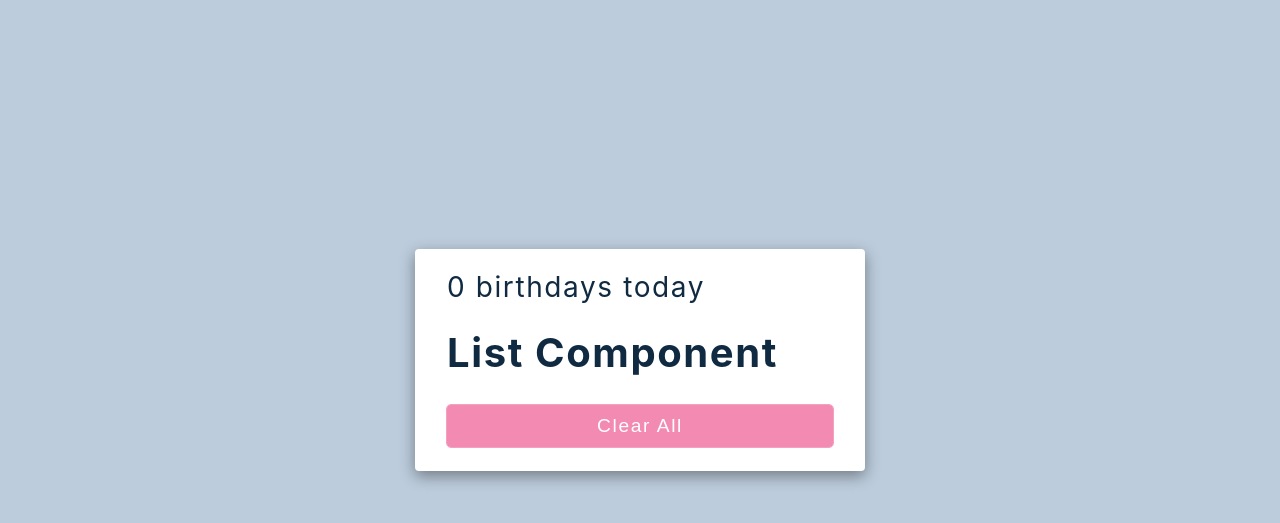
Repository: smit1298/Birthday-Reminder
Page: /
These files come from the project's save history. The page is drawn as it stood at one moment and after the next save; the edit follows.
The browser window is 1280 px wide. The pictures show the whole page.
The project was rebuilt for these pictures with package versions that can differ from the ones it lists, and the page was loaded fresh each time.

Above is the page before, as saved 2022-05-15 23:21:16.

### src/index.css
/*
===============
Variables
===============
*/

:root {
  /* dark shades of primary color*/
  --clr-primary-1: hsl(162, 61%, 89%);
  --clr-primary-2: hsl(162, 60%, 78%);
  --clr-primary-3: hsl(162, 61%, 67%);
  --clr-primary-4: hsl(162, 61%, 57%);
  /* primary/main color */
  --clr-primary-5: hsl(162, 73%, 46%);
  /* lighter shades of primary color */
  --clr-primary-6: #1aa179;
  --clr-primary-7: #13795b;
  --clr-primary-8: #0d503c;
  --clr-primary-9: #06281e;
  /* darkest grey - used for headings */
  --clr-grey-1: hsl(212, 33%, 89%);
  --clr-grey-2: hsl(210, 31%, 80%);
  --clr-grey-3: hsl(211, 27%, 70%);
  --clr-grey-4: hsl(209, 23%, 60%);
  /* grey used for paragraphs */
  --clr-grey-5: hsl(210, 22%, 49%);
  --clr-grey-6: hsl(209, 28%, 39%);
  --clr-grey-7: hsl(209, 34%, 30%);
  --clr-grey-8: hsl(211, 39%, 23%);
  --clr-grey-9: hsl(209, 61%, 16%);
  --clr-white: #fff;
  --clr-red-dark: hsl(360, 67%, 44%);
  --clr-red-light: hsl(360, 71%, 66%);
  --clr-green-dark: hsl(125, 67%, 44%);
  --clr-green-light: hsl(125, 71%, 66%);
  --clr-black: #222;
  --transition: all 0.3s linear;
  --spacing: 0.1rem;
  --radius: 0.25rem;
  --light-shadow: 0 5px 15px rgba(0, 0, 0, 0.1);
  --dark-shadow: 0 5px 15px rgba(0, 0, 0, 0.4);
  --max-width: 1170px;
  --fixed-width: 450px;
  --clr-pink: #f28ab2;
}
/*
===============
Global Styles
===============
*/

*,
::after,
::before {
  margin: 0;
  padding: 0;
  box-sizing: border-box;
}
body {
  font-family: -apple-system, BlinkMacSystemFont, 'Segoe UI', Roboto, Oxygen,
    Ubuntu, Cantarell, 'Open Sans', 'Helvetica Neue', sans-serif;
  background: var(--clr-grey-2);
  color: var(--clr-grey-9);
  line-height: 1.5;
  font-size: 0.875rem;
}
ul {
  list-style-type: none;
}
a {
  text-decoration: none;
}
h1,
h2,
h3,
h4 {
  letter-spacing: var(--spacing);
  text-transform: capitalize;
  line-height: 1.25;
  margin-bottom: 0.75rem;
}
h1 {
  font-size: 3rem;
}
h2 {
  font-size: 2rem;
}
h3 {
  font-size: 1.25rem;
}
h4 {
  font-size: 0.875rem;
}
p {
  margin-bottom: 1.25rem;
  color: var(--clr-grey-5);
}
@media screen and (min-width: 800px) {
  h1 {
    font-size: 4rem;
  }
  h2 {
    font-size: 2.5rem;
  }
  h3 {
    font-size: 1.75rem;
  }
  h4 {
    font-size: 1rem;
  }
  body {
    font-size: 1rem;
  }
  h1,
  h2,
  h3,
  h4 {
    line-height: 1;
  }
}
/*  global classes */

/* section */
.section {
  width: 90vw;
  margin: 0 auto;
  max-width: var(--max-width);
}

@media screen and (min-width: 992px) {
  .section {
    width: 95vw;
  }
}

main {
  min-height: 100vh;
  display: flex;
  justify-content: center;
  align-items: center;
}

.container {
  width: 90vw;
  margin: 5rem 0;
  max-width: var(--fixed-width);
  background: var(--clr-white);
  border-radius: var(--radius);
  padding: 1.5rem 2rem;
  box-shadow: var(--dark-shadow);
}
.container h3 {
  font-weight: normal;
  text-transform: none;
  margin-bottom: 2rem;
}
.person {
  display: grid;
  grid-template-columns: auto 1fr;
  column-gap: 0.75rem;
  margin-bottom: 1.5rem;
  align-items: center;
}
.person img {
  width: 75px;
  height: 75px;
  object-fit: cover;
  border-radius: 50%;
  box-shadow: var(--light-shadow);
}
.person h4 {
  margin-bottom: 0.35rem;
}
.person p {
  margin-bottom: 0;
}
.container button {
  color: var(--clr-white);
  display: block;
  width: 100%;
  border-color: transparent;
  background: var(--clr-pink);
  margin: 2rem auto 0 auto;
  text-transform: capitalize;
  font-size: 1.2rem;
  padding: 0.5rem 0;
  letter-spacing: var(--spacing);
  border-radius: var(--radius);
  outline: 1px solid rgba(242, 138, 178, 0.8);
  cursor: pointer;
}

### src/App.js
import React, { useState } from "react";
import data from "./data";
import List from "./List";
function App() {
  return (
    <main>
      <section className="container">
        <h3>0 birthdays today</h3>
        <List />
        <button onClick={() => console.log('you cleared me')}>clear all</button>
      </section>
    </main>
  );
}

export default App;

### src/data.js
export default [
  {
    id: 1,
    name: 'Bertie Yates',
    age: 29,
    image:
      'https://res.cloudinary.com/diqqf3eq2/image/upload/v1595959131/person-2_ipcjws.jpg',
  },
  {
    id: 2,
    name: 'Hester Hogan',
    age: 32,
    image:
      'https://res.cloudinary.com/diqqf3eq2/image/upload/v1595959131/person-3_rxtqvi.jpg',
  },
  {
    id: 3,
    name: 'Larry Little',
    age: 36,
    image:
      'https://res.cloudinary.com/diqqf3eq2/image/upload/v1586883423/person-4_t9nxjt.jpg',
  },
  {
    id: 4,
    name: 'Sean Walsh',
    age: 34,
    image:
      'https://res.cloudinary.com/diqqf3eq2/image/upload/v1586883417/person-3_ipa0mj.jpg',
  },
  {
    id: 5,
    name: 'Lola Gardner',
    age: 29,
    image:
      'https://res.cloudinary.com/diqqf3eq2/image/upload/v1586883334/person-1_rfzshl.jpg',
  },
];

Loaded but not shown: public/index.html (common file); src/index.js (common file); src/List.js (common file)

After the next save:
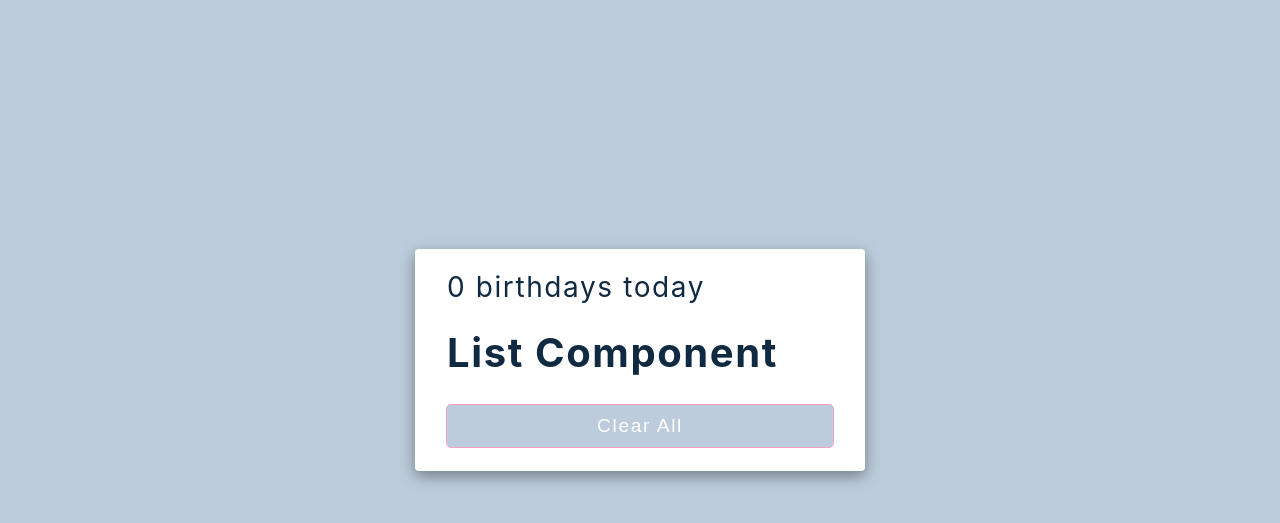
Saved 52 s later.
--- a/src/index.css
+++ b/src/index.css
@@ -179,7 +179,7 @@ main {
   display: block;
   width: 100%;
   border-color: transparent;
-  background: var(--clr-pink);
+  background: var(--clr-grey-2);
   margin: 2rem auto 0 auto;
   text-transform: capitalize;
   font-size: 1.2rem;
